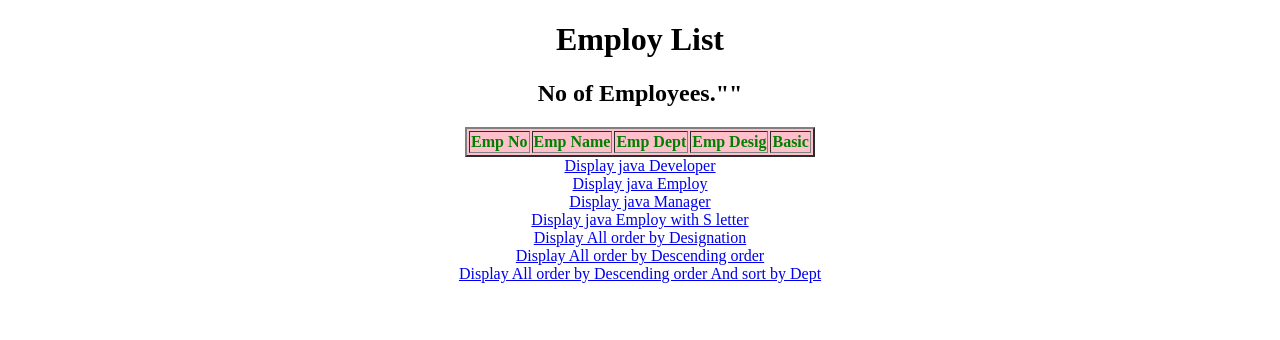
Repository: 1919satya/documents1-2
Page: http://localhost/springData/WEB-INF/views/home.jsp
The author's editor kept a copy of each file at every save. The page is drawn from the files as they stood at one save, then again after the next save.
The browser window is 1280 px wide. The pictures show the whole page.
The page is served by Tomcat 9. Nobody is signed in. Other server files are loaded and not shown. The template is opened directly, without the code that normally fills it, so the values that code supplies are empty.

Above is the page before, as saved 2019-10-16 04:14:13.

### AdvanceSpring/springData/src/main/webapp/WEB-INF/views/home.jsp
<%@page contentType="text/html" pageEncoding="UTF-8"%>
<!DOCTYPE HTML PUBLIC "-//W3C//DTD HTML 4.01 Transitional//EN"
   "http://www.w3.org/TR/html4/loose.dtd">
<%@ taglib uri="http://java.sun.com/jsp/jstl/core" prefix="c"%>
<%@ taglib uri="http://www.springframework.org/tags/form" prefix="form"%>
<html>
<head>
<meta http-equiv="Content-Type" content="text/html; charset=ISO-8859-1">
<title>Insert title here</title>
</head>
<body>
	<div align="center">
		<h1>Employ List</h1>
		<h2>No of Employees."${listEmploy.size()}"</h2>
		<table border=2, bgcolor="pink">

			<th style="color: green">Emp No</th>
			<th style="color: green">Emp Name</th>
			<th style="color: green">Emp Dept</th>
			<th style="color: green">Emp Desig</th>
			<th style="color: green">Basic</th>

			<c:forEach var="emp" items="${listEmploy}">
				<tr>
					<td>${emp.empno}</td>
					<td>${emp.name}</td>
					<td>${emp.dept}</td>
					<td>${emp.desig}</td>
					<td>${emp.basic}</td>
				</tr>
			</c:forEach>
		</table>
		<a href="/displayjavadeveloper" />Display java Developer </a></br>
		<a href="/displayjavaemploy" />Display java Employ </a></br>
		<a href="/displayjavamanager" />Display java Manager </a></br>
		<a href="/displayjavawithS" />Display java Employ with S letter </a></br>
		<a href="/displayAllSortByDesign" />Display All order by Designation </a></br>
		<a href="/displayAllSortByDescending" />Display All order by Descending order </a></br>
		<a href="/displayAllSortByDescendingAndsortbydept" />Display All order by Descending order And sort by Dept </a></br>
	</div>

</body>
</html>

After the next save:
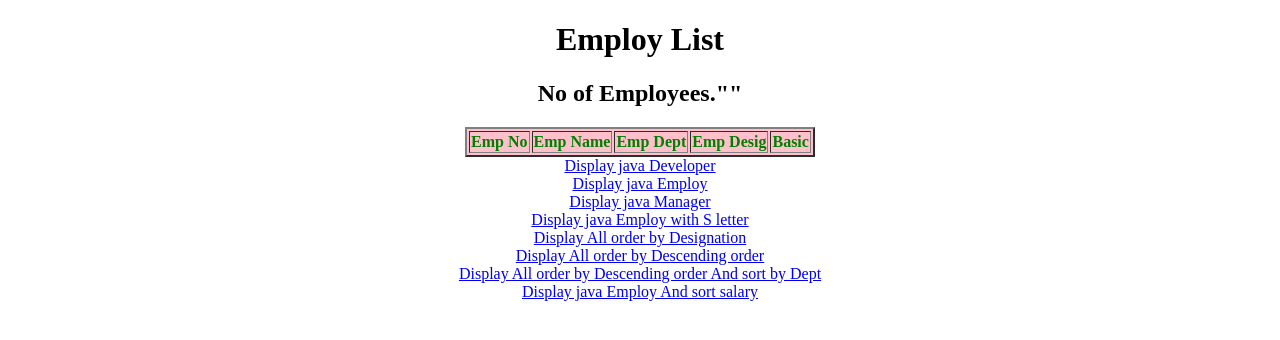
Saved 13 min 15 s later.
--- a/AdvanceSpring/springData/src/main/webapp/WEB-INF/views/home.jsp
+++ b/AdvanceSpring/springData/src/main/webapp/WEB-INF/views/home.jsp
@@ -37,6 +37,7 @@
 		<a href="/displayAllSortByDesign" />Display All order by Designation </a></br>
 		<a href="/displayAllSortByDescending" />Display All order by Descending order </a></br>
 		<a href="/displayAllSortByDescendingAndsortbydept" />Display All order by Descending order And sort by Dept </a></br>
+		<a href="/displayjavaemployAndsortsalaryinDesc" />Display java Employ And sort salary </a></br>
 	</div>
 
 </body>
